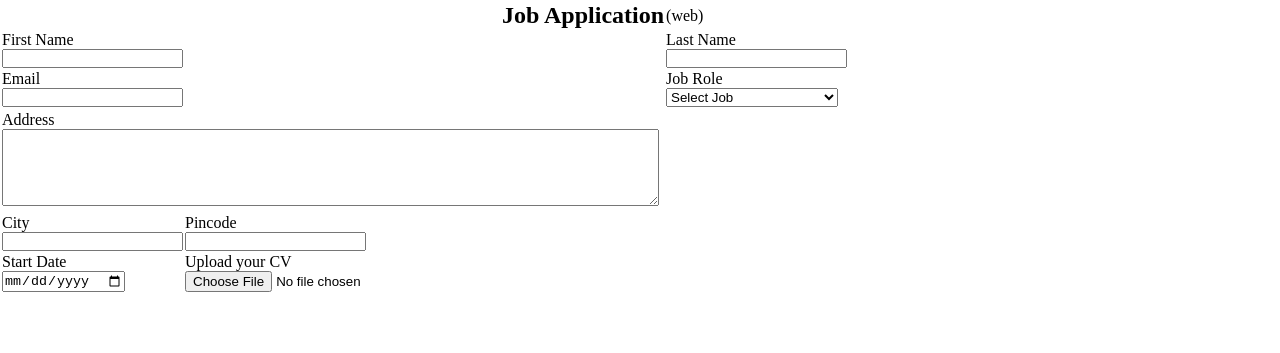
Repository: diensy/JOB-APPLICATION
Page: index.html
The author's editor kept a copy of each file at every save. The page is drawn from the files as they stood at one save, then again after the next save.
The browser window is 1280 px wide. The pictures show the whole page.

Above is the page before, as saved 2024-02-27 00:57:56.

After the next save:
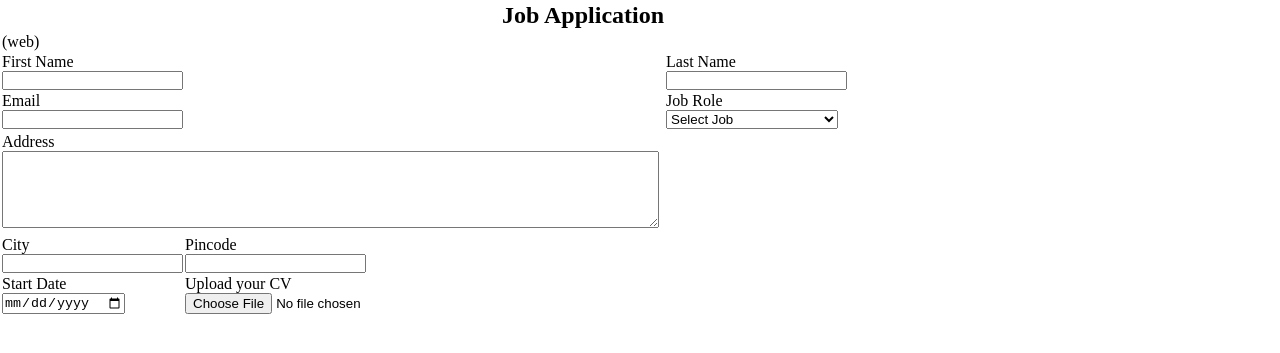
Saved 53 s later.
--- a/index.html
+++ b/index.html
@@ -13,6 +13,8 @@
           <td>
             <h2 class="head">Job Application</h2>
           </td>
+          </tr>
+          <tr></tr>
           <td><p>(web)</p></td>
         </tr>
         <tr>
